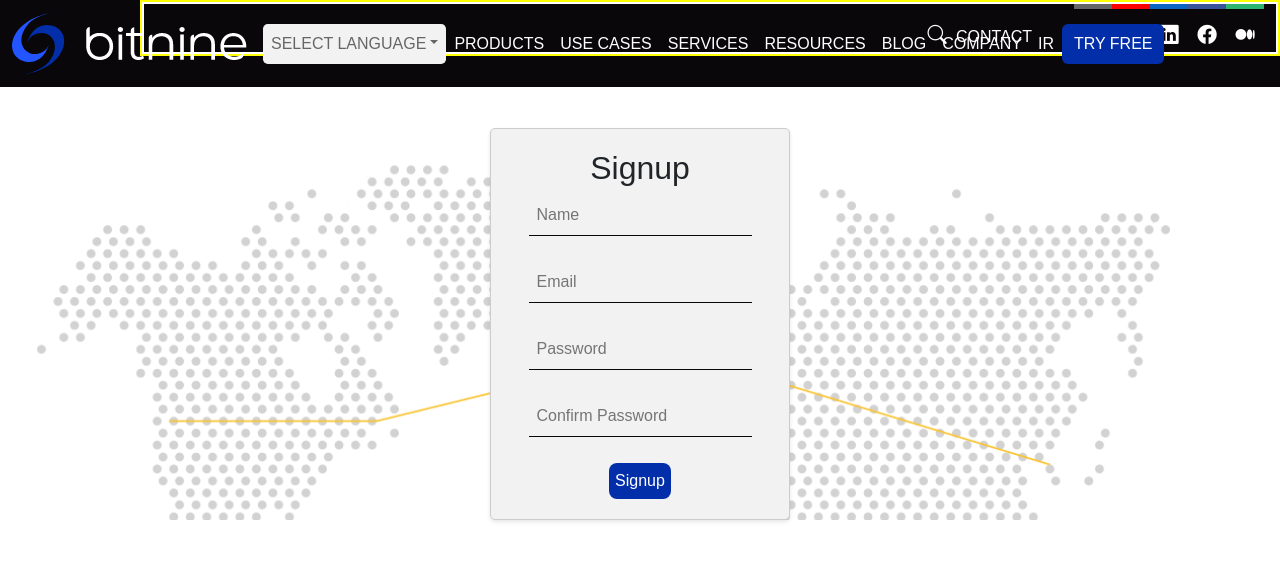
Repository: devblackie/signinpage
Page: /
The author's editor kept a copy of each file at every save. The page is drawn from the files as they stood at one save, then again after the next save.
The browser window is 1280 px wide. The pictures show the whole page.
Some web fonts or font styles are not loaded; a fallback is used. The project was rebuilt for these pictures with package versions that can differ from the ones it lists, and the page was loaded fresh each time. Also part of the build but not shown: vite.config.js, src/components/Login.jsx, src/components/Dashboard.jsx, src/components/Home.jsx, src/components/ProtectedDashboard.jsx.

Above is the page before, as saved 2023-08-28 17:05:46.

After the next save:
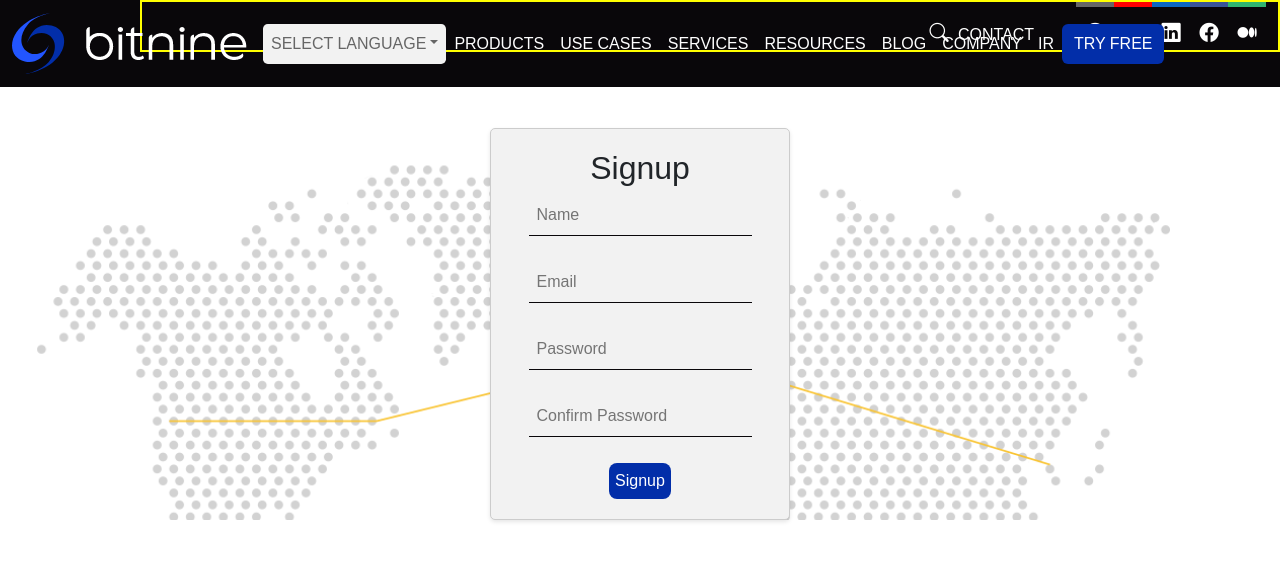
Saved 14 min 53 s later.
--- a/src/components/style/navbar.css
+++ b/src/components/style/navbar.css
@@ -24,7 +24,6 @@
 
 .topbar .container .row {
   /* margin: -7px; */
-  border: 2px solid white;
 }
 
 ul.social-network {
